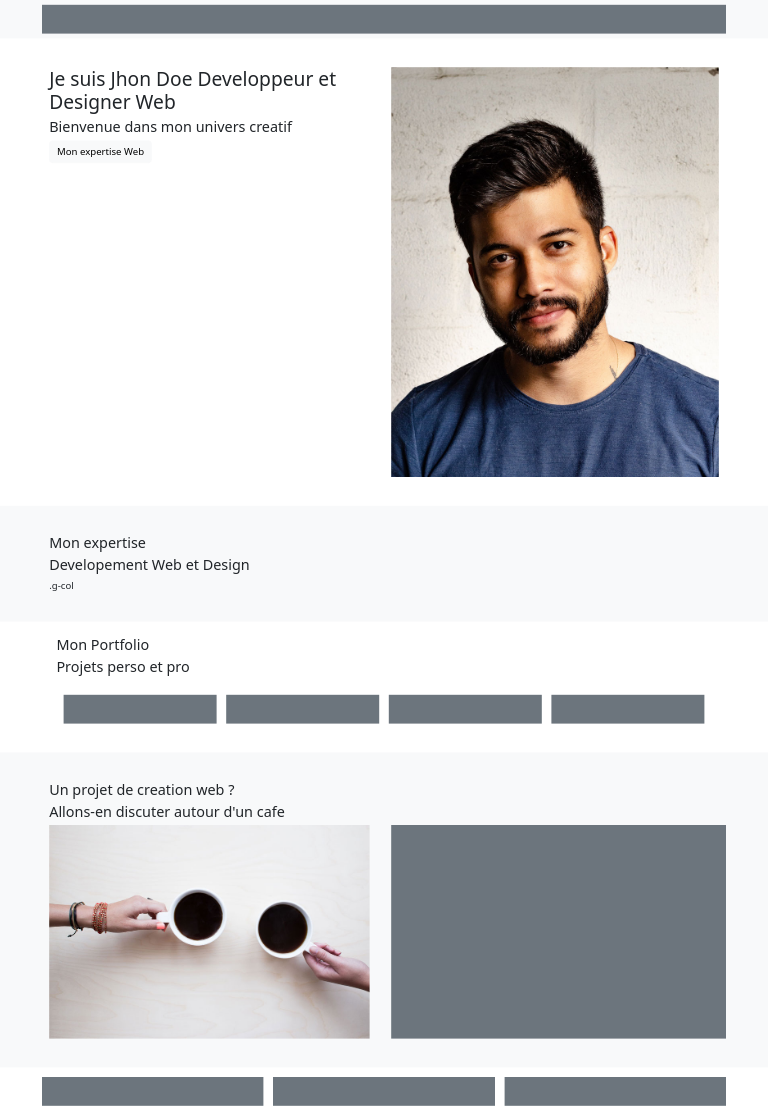
Repository: wadelfadill/Bootstrap_tache_1_portfolio
Page: index.html
The author's editor kept a copy of each file at every save. The page is drawn from the files as they stood at one save, then again after the next save.
The browser window is 1280 px wide. The pictures show the whole page, at 60% of full size.

Above is the page before, as saved 2023-03-27 20:42:46.

### index.html
<!DOCTYPE html>
<html lang="en">
<head>
    <meta charset="UTF-8">
    <meta http-equiv="X-UA-Compatible" content="IE=edge">
    <meta name="viewport" content="width=device-width, initial-scale=1.0">
    <title>Portfolio_Bootstrap</title>
    <link href="https://cdn.jsdelivr.net/npm/bootstrap@5.3.0-alpha2/dist/css/bootstrap.min.css" rel="stylesheet" integrity="sha384-aFq/bzH65dt+w6FI2ooMVUpc+21e0SRygnTpmBvdBgSdnuTN7QbdgL+OapgHtvPp" crossorigin="anonymous">
    <link rel="stylesheet" href="style.css">
</head>
<body>
    <header>
        <nav class="navbar bg-light container-fluid">
            <div class="container bg-secondary py-4">

            </div>
        </nav>
    </header>
    <main>
        <section class="my-5">
            <div class="container">
                <div class="row">
                    <div class="col-6">
                        <p class="h2">Je suis Jhon Doe Developpeur et Designer Web</p>
                        <p class="h4">Bienvenue dans mon univers creatif</p>
                        <a class="btn btn-light" href="#" role="button">Mon expertise Web</a>

                    </div>
                    <div class="col-6">
                        <img src="img/portrait.jpg" alt="profile de Jhon Doe" class="w-100">
                    </div>
                </div>
            </div>
        </section>
        <section>
            <!-- <div class="container-fluid bg-light py-5 mt-5">
                <div class="container ">
                 <p class="h4">Mon expertise</p>
                 <p class="h4">Developement Web et design</p>
                <div class="row">
                    <div class="col-6 bg-secondary">

                    </div>
                    <div class="col-2"></div>
                    <div class="col-4">
                        <img src="img/code.jpg" alt="" class="w-100">
                    </div>
                </div>
                <div class="row my-5">
                    <div class="col-4">
                        <img src="img/design.jpg" alt="" class="w-100">
                    </div>
                    <div class="col-2"></div>
                    <div class="col-6 bg-secondary">

                    </div>
                </div>
             </div>
            </div> -->
            <div class="container-fluid bg-light py-5 mt-5">
                <div class="container">
                    <p class="h4">Mon expertise</p>
                    <p class="h4">Developement Web et Design</p>
                    <div class="grid">
                        .g-col
                    </div>
                </div>
            </div>
        </section>
        <section class="container">
            <div class="container my-4">
                <p class="h4">Mon Portfolio</p>
                <p class="h4">Projets perso et pro</p>
                <div class="row gap-3 p-4">
                    <div class="col bg-secondary py-4"></div>
                    <div class="col bg-secondary py-4"></div>
                    <div class="col bg-secondary py-4"></div>
                    <div class="col bg-secondary py-4"></div>
                </div>
            </div>
        </section>
        <section class="p-5 bg-light">
            <div class="container">
                <p class="h4">Un projet de creation web ?</p>
                <p class="h4">Allons-en discuter autour d'un cafe</p>
                <div class="row gap-4">
                    <div class="col">
                        <img src="img/grab-a-coffee.jpg" class="w-100" alt="">
                    </div>
                    <div class="col bg-secondary"></div>
                </div>
            </div>
        </section>
    </main>
    <footer>
        <div class="container">
            <div class="row gap-3 py-3">
                <div class="col p-4 bg-secondary"></div>
                <div class="col p-4 bg-secondary"></div>
                <div class="col p-4 bg-secondary"></div>
            </div>
        </div>
    </footer>


</body>
</html>

Loaded but not shown: style.css (no stored copy; drawn as an empty file)

After the next save:
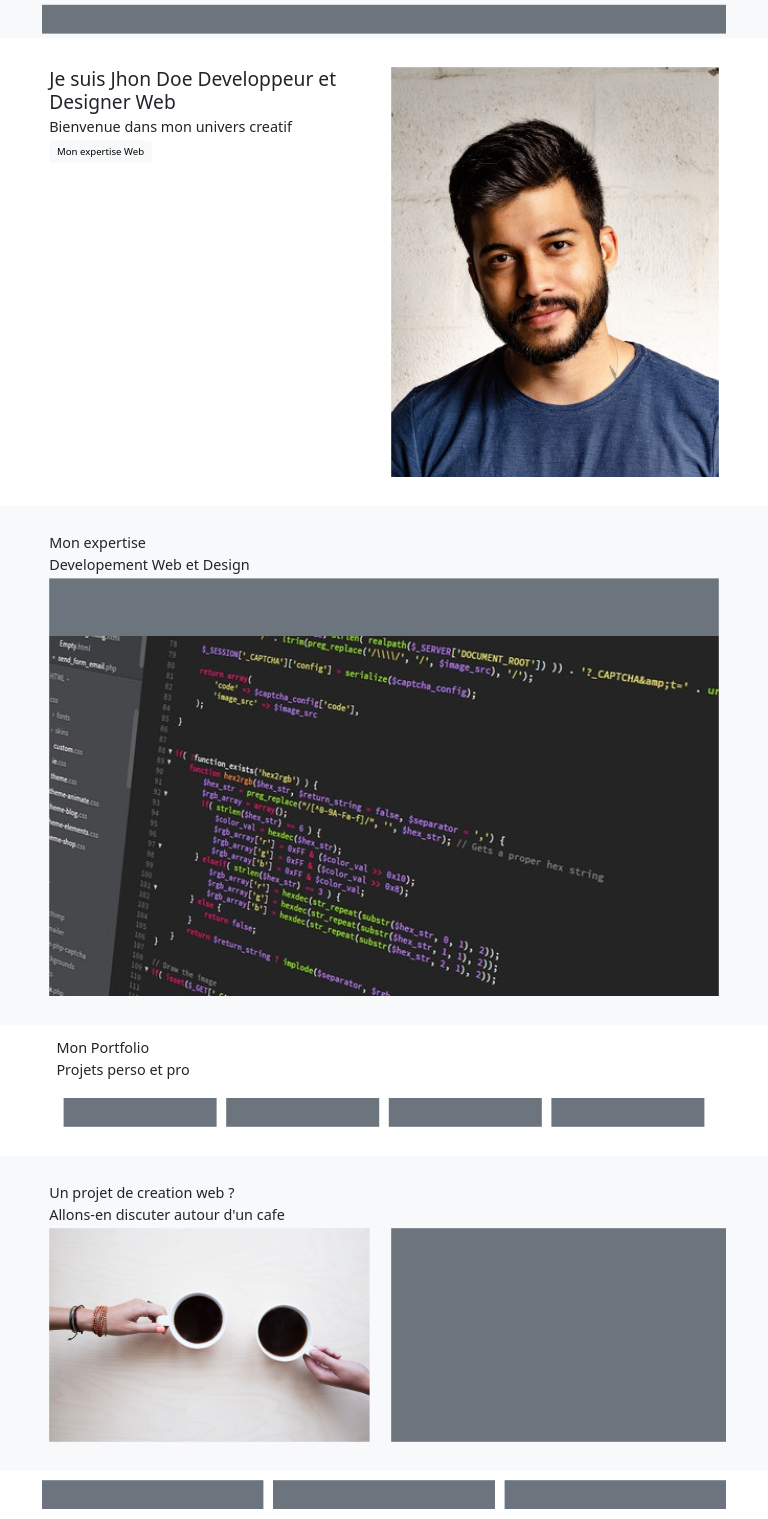
Saved 97 s later.
--- a/index.html
+++ b/index.html
@@ -62,7 +62,8 @@
                     <p class="h4">Mon expertise</p>
                     <p class="h4">Developement Web et Design</p>
                     <div class="grid">
-                        .g-col
+                        <div class="g-col-7 bg-secondary p-5"></div>
+                        <div class="g-col-5"><img src="img/code.jpg" alt="code" class="w-100"></div>
                     </div>
                 </div>
             </div>
